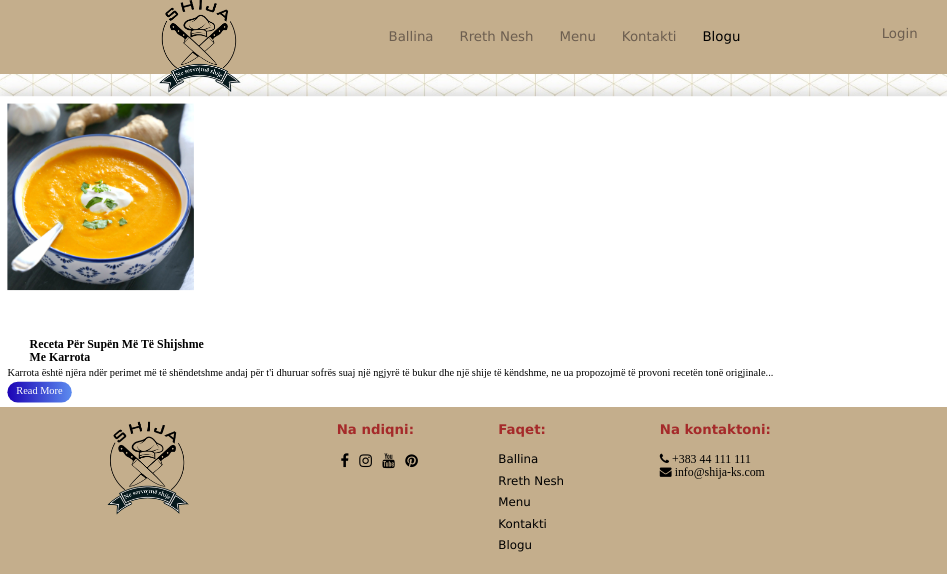
Repository: bs47892/ProjektiWeb-Shija2020
Page: blog.html
An editor plug-in stored every save of this project. The page is shown before and after the next save, followed by the edit.
The browser window is 1280 px wide. The pictures show the whole page, at 74% of full size.
Some web fonts or font styles are not loaded; a fallback is used.

Above is the page before, as saved 2021-03-09 21:29:39.

After the next save:
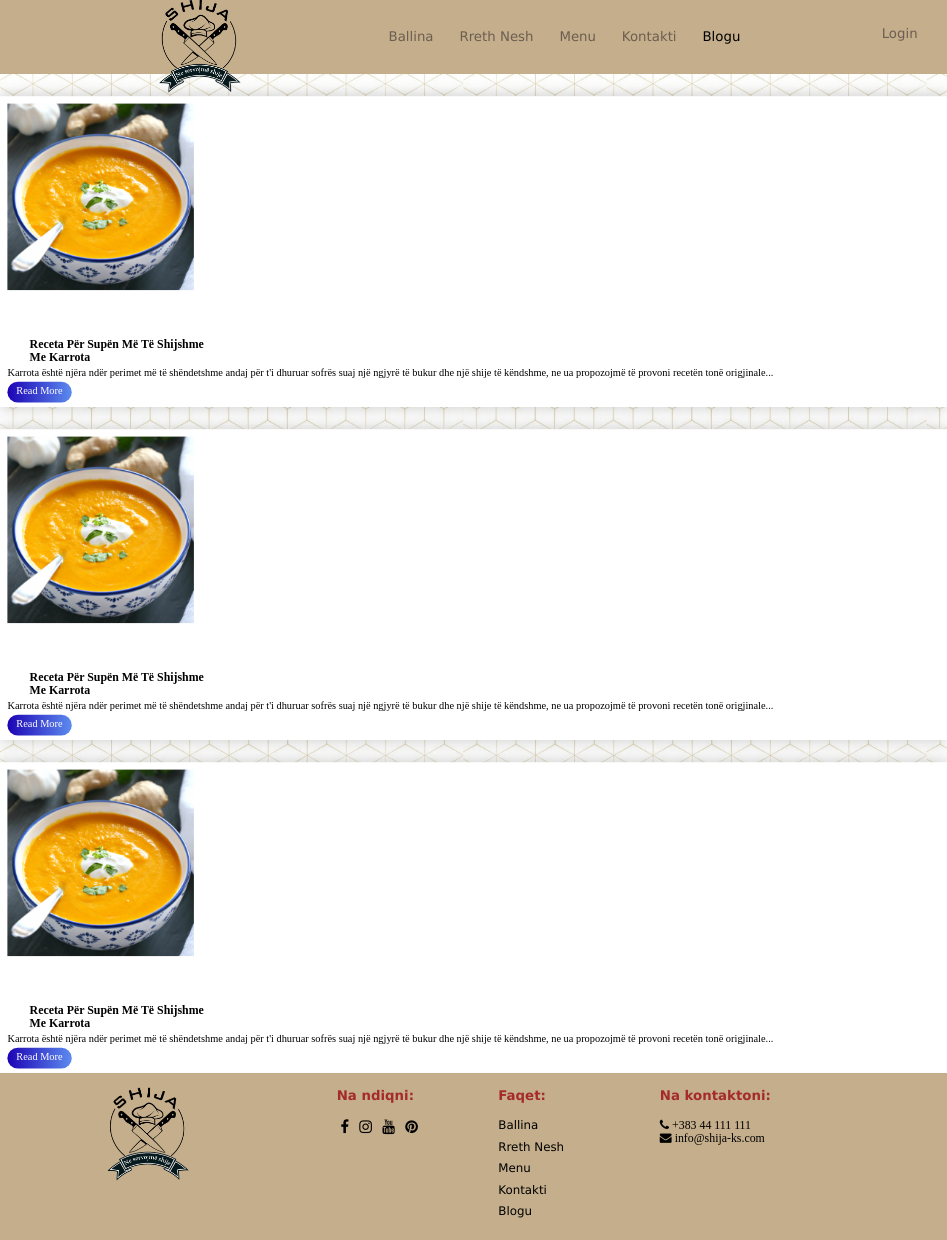
Saved 82 s later.
--- a/blog.html
+++ b/blog.html
@@ -44,10 +44,32 @@
     </div>
     </div>
     <div class="artikulli2">
+        <div class="artikulli1">
+            <div class="ar1">
 
+                <img src="images/foto_artikulli1.jpg">
+                <h2><a href="#">Receta Për Supën Më Të Shijshme<br> Me Karrota</a></h2>
+                <p class="content">Karrota është njëra ndër perimet më të shëndetshme
+                    andaj për t'i dhuruar sofrës suaj një ngjyrë të bukur dhe një shije
+                    të këndshme, ne ua propozojmë të provoni recetën tonë origjinale...
+                </p>
+                <p><a href="" class="read-more-btn">Read More</a></p>
+            </div>
+            </div>
     </div>
     <div class="artikulli3">
+        <div class="artikulli1">
+            <div class="ar1">
 
+                <img src="images/foto_artikulli1.jpg">
+                <h2><a href="#">Receta Për Supën Më Të Shijshme<br> Me Karrota</a></h2>
+                <p class="content">Karrota është njëra ndër perimet më të shëndetshme
+                    andaj për t'i dhuruar sofrës suaj një ngjyrë të bukur dhe një shije
+                    të këndshme, ne ua propozojmë të provoni recetën tonë origjinale...
+                </p>
+                <p><a href="" class="read-more-btn">Read More</a></p>
+            </div>
+            </div>
     </div>
 
 </div>
